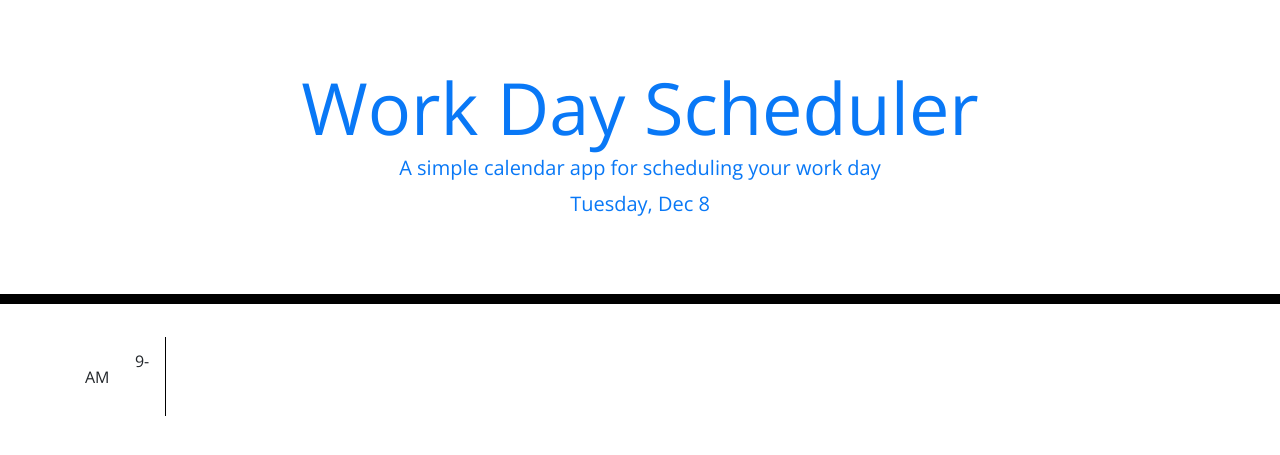
Repository: Mf948/DailyPlannerJS
Page: Develop/index.html
An editor plug-in stored every save of this project. The page is shown before and after a run of saves, followed by the edit.
The browser window is 1280 px wide. The pictures show the whole page.
Some web libraries are served in a nearby version.

Above is the page before, as saved 2020-12-09 17:02:37.

After the next 4 saves:
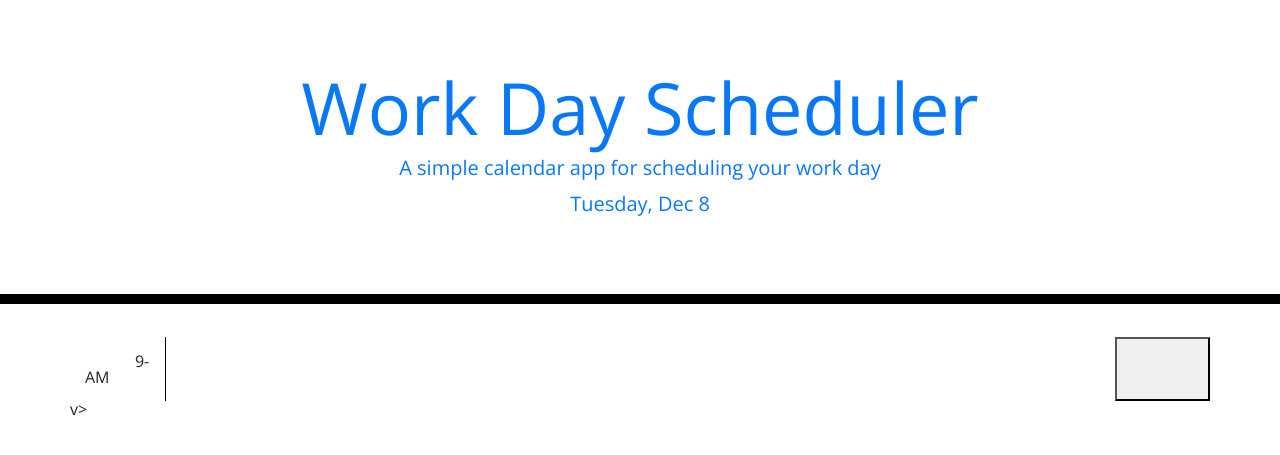
The 4 saves are shown as one change because they came seconds apart.
The last was saved 16 s later.
--- a/Develop/index.html
+++ b/Develop/index.html
@@ -38,9 +38,9 @@
           <textarea class="col-10">
 
           </textarea>
-          <div class="col-1">
+          <button class="col-1">
 
-          </div>
+          </button>v>
         </div>
 
 
